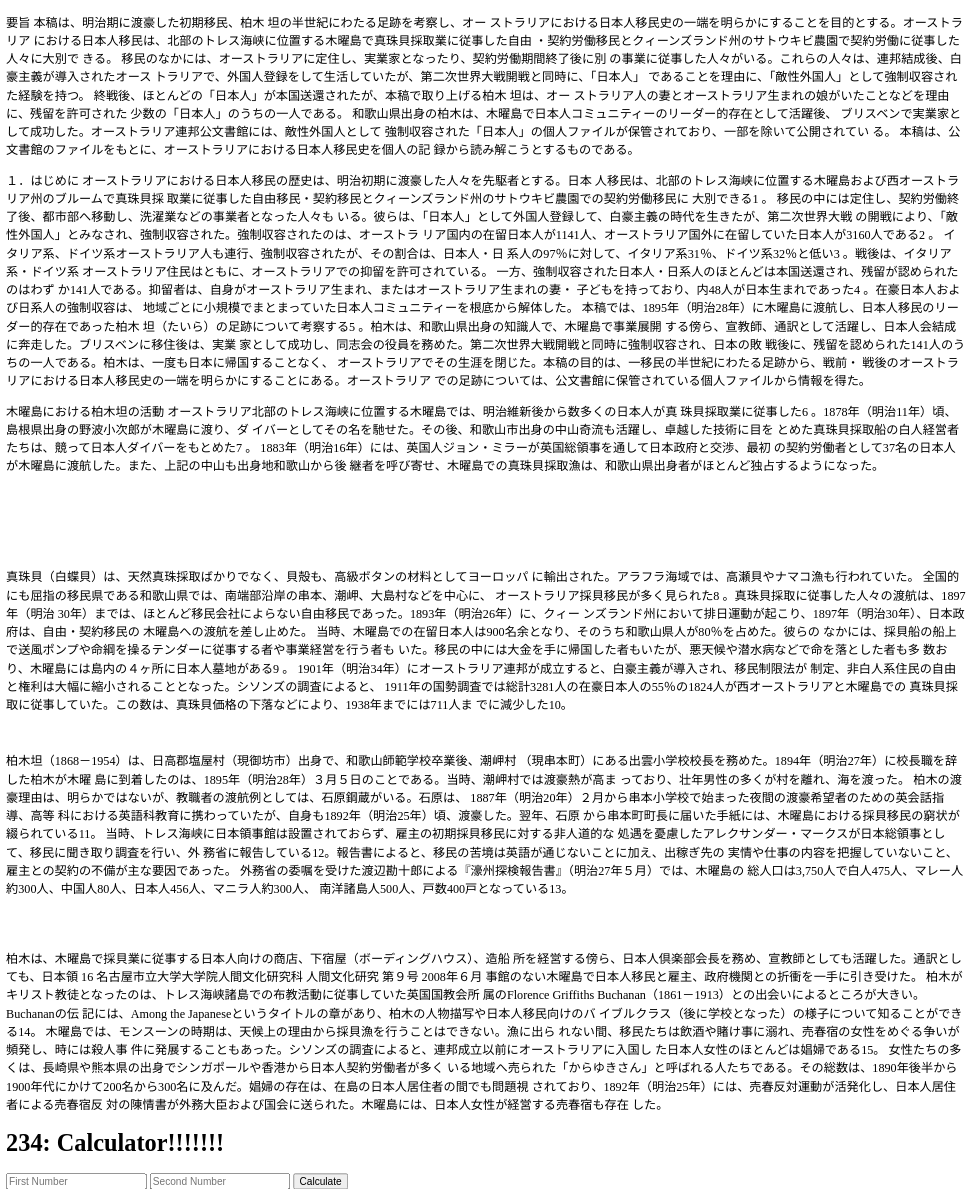
Repository: yoriss67/Folder-The-Complete-2023Web-Development-Bootcamp
Page: Calculator/index.html
The author's editor kept a copy of each file at every save. The page is drawn from the files as they stood at one save, then again after the next save.
The browser window is 1280 px wide. The pictures show the whole page, at 76% of full size.

Above is the page before, as saved 2022-12-22 15:57:30.

After the next save:
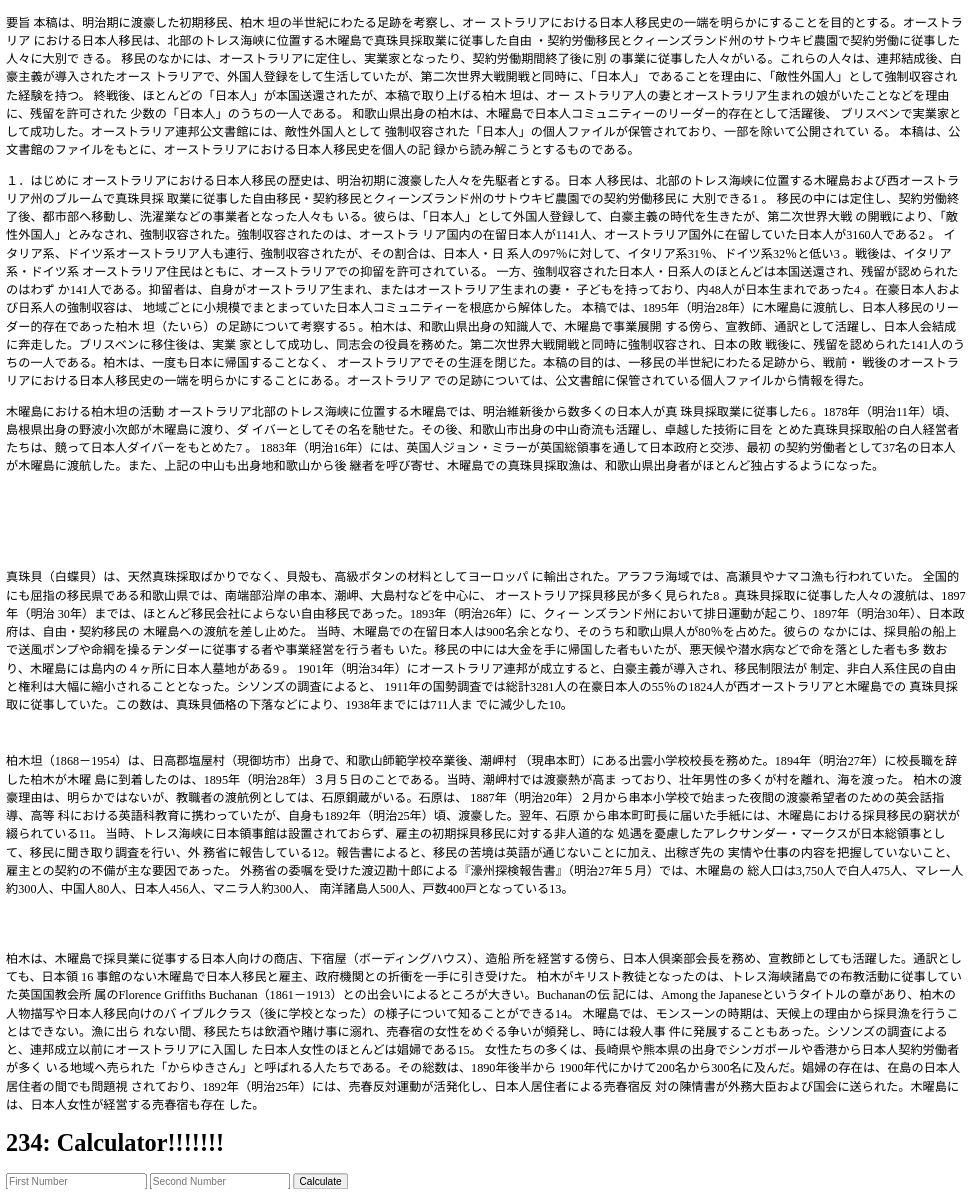
Saved 14 s later.
--- a/Calculator/index.html
+++ b/Calculator/index.html
@@ -118,7 +118,7 @@
             <p> 柏木は、木曜島で採貝業に従事する日本人向けの商店、下宿屋（ボーディングハウス）、造船
                 所を経営する傍ら、日本人倶楽部会長を務め、宣教師としても活躍した。通訳としても、日本領
                 16
-                名古屋市立大学大学院人間文化研究科 人間文化研究 第９号 2008年６月
+
                 事館のない木曜島で日本人移民と雇主、政府機関との折衝を一手に引き受けた。
                  柏木がキリスト教徒となったのは、トレス海峡諸島での布教活動に従事していた英国国教会所
                 属のFlorence Griffiths Buchanan（1861－1913）との出会いによるところが大きい。Buchananの伝
